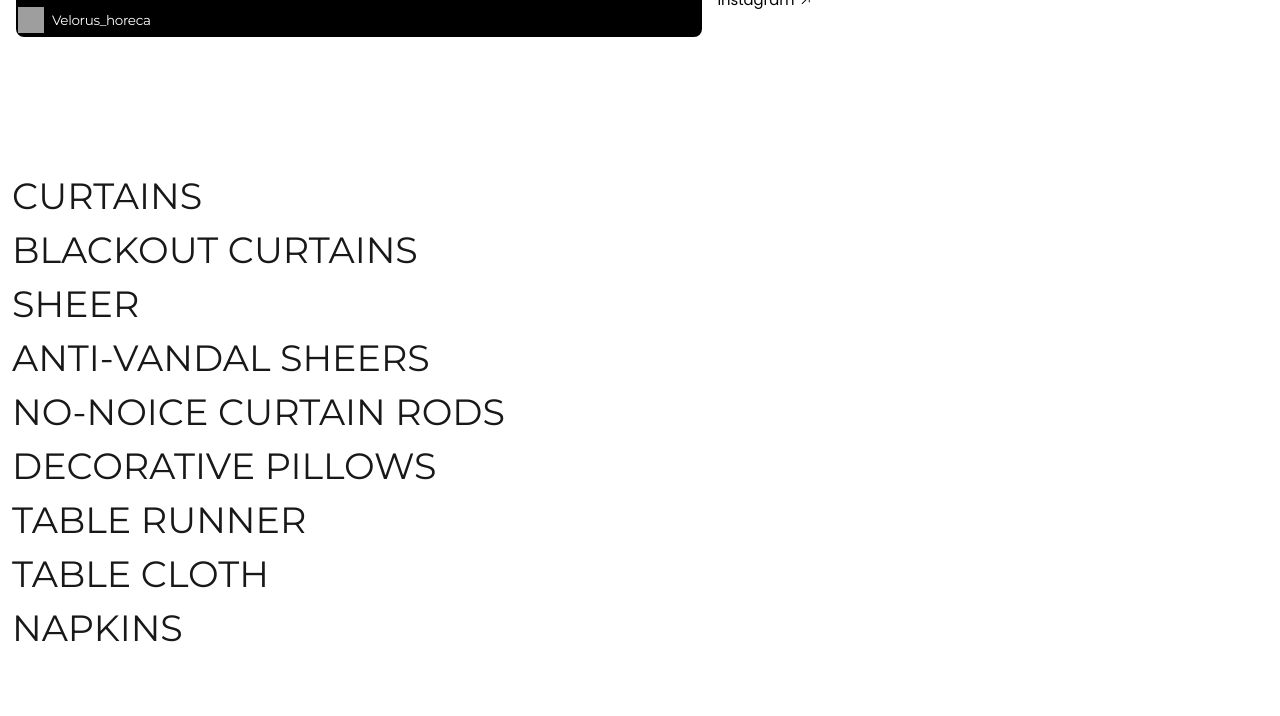
Repository: nikhilsinghrathore1/Shery_02
Page: /
An editor plug-in stored every save of this project. The page is shown before and after the next save, followed by the edit.
The browser window is 1280 px wide. The pictures show the part of the page from y = 4475 to 5191 px (the page is 9789 px tall).
Pictures or frames that could not be fetched are drawn as grey boxes. The project was rebuilt for these pictures with package versions that can differ from the ones it lists, and the page was loaded fresh each time. Also part of the build but not shown: vite.config.js.

Above is the page before, as saved 2024-07-19 02:37:14.

### src/App.jsx
import { useState } from 'react'
import reactLogo from './assets/react.svg'
import viteLogo from '/vite.svg'
import './App.css'
import Landing from './pages/Landing'

function App() {
  const [count, setCount] = useState(0)

  return (
    <>
      <Landing/>
    </>
  )
}

export default App

### src/App.css
@font-face {
  font-family: font1;
  src: url("../public/6624dc4c3f39ffabcd0dc162_Montserrat-VariableFont_wght.ttf");
}
@font-face {
  font-family: font2;
  src: url("../public/CircularXXWeb-Book\ \(1\).ttf");
}
@font-face {
  font-family: font3;
  src: url("../public/JTUQjIg1_i6t8kCHKm459WxRyS7m0dR9pA.ttf");
}
@font-face {
  font-family: font4;
  src: url("../public/JTUSjIg1_i6t8kCHKm459WlhyyTh89Y.ttf");
}
@font-face {
  font-family: font5;
  src: url("../public/pxiEyp8kv8JHgFVrJJfecnFHGPc.ttf");
}

.f1{
  font-family: font1;
}
.f2{
  font-family: font2;
}
.f3{
  font-family: font3;
}
.f4{
  font-family: font4;
}
.f5{
  font-family: font5;
}

### src/pages/Landing.jsx
import React from 'react'
import MoreInsta from '../components/MoreInsta'
import Nav from '../components/Nav'
import SingleHero from '../components/SingleHero'
import VideoCont from '../components/VideoCont'
import LineText from '../components/LineText';
import IncText from '../components/IncText';
import ThirdSection from '../components/ThirdSection';
import MovingImage from '../components/MovingImage'
import Footer from '../components/Footer'
// document that tell how a software is supposed to perform need of software engneering modularity-dividing it into chunks for testing and developing independently integrating the core changes continously and deploying them into production enviroment design pattern for solving matrix problem in software design various templates are provided software as a product to deliver computing potential accross network of hardware vehical for delivering the product encapsulation , abstraction adaptability software alows different system contraints by making changes in the software for customer satisfaction rapid delivary differenece btw/ program - product program is a set of instruction in order to achieve a specific taskk product - set of programs software products is defined as set of programs with proper documentation and license program is smaller is size because it is one of the stage involved in software development software product folows a lifecycle which involves feasibility studying so it is larger in size program can be created by a single user products are developed by a team of many people progam lacks documentation , product is well documented

let Dtext=[["curtains","blackout curtains", "sheer","anti-vandal sheers" ,"no-noice curtain rods" , "decorative pillows","table runner" , "table cloth","napkins"],["curtains","sheers","tablecloths" , "napkins" ,"wooden blinds" ,"sunshades"]]

const Landing = () => {
  return (
    <div className='w-full overflow-hidden'>
               {/* this is the first image gallery part */}
               <div className='w-full h-[400vh] relative '>
               <Nav/>
               <SingleHero img={"https://cdn.prod.website-files.com/6613fb0aff6a7761bf9a817d/66267f01781250e3c4f8ed19_hero-01-p-1080.webp"} text={"hotel"}/>
               <SingleHero img={"https://cdn.prod.website-files.com/6613fb0aff6a7761bf9a817d/66267f00e43626f944ce0076_hero-02-p-1080.webp"} text={"restaurant"}/>
               <SingleHero img={"https://cdn.prod.website-files.com/6613fb0aff6a7761bf9a817d/66267f011d36d94902bbbcd3_hero-03-p-1080.webp"} text={"catering"}/>
               <SingleHero img={"https://cdn.prod.website-files.com/6613fb0aff6a7761bf9a817d/66267f0015a49ebd0cb05e50_hero-04-p-1080.webp"} text={"+automative"}/>
               </div>

               {/* this is the second text wala part  */}

               <div className='w-full  h-[120vh] sm:h-[99vh] px-4 pt-32 sm:pt-24 leading-[42px]'>
                              {/* this is the variable weight text */}
                              <div className='w-full f4 text-[32px] font-semibold text-black uppercase h-fit'>
                                             <p><span className='pl-44'>full</span> responsibility from project to implementation.</p>
                              </div>

                              <div className='f4 text-[13px] sm:text-[14px] md:text-[14.5px] font-semibold mt-10 leading-none'>
                                             <p>More about us</p>
                                             <p className='mt-3 leading-[16px] sm:leading-[18px] sm:text-[13px] md:text-[14px] md:leading-[20px] font-semibold'>The textile production Velours HoReCa was founded in Lviv in 2005. <span className='opacity-60'>Our activity is focused on professionally outfitting the interiors of hotels, restaurants, cafes, and bars with textile products.</span></p>
                              </div>

                              <div className='w-full flex h-[50vh]  mt-12  '>
                                             <div className='w-1/2 h-full flex justify-end pt-3'>
                                                            <VideoCont/>
                                             </div>
                                             <div className='w-1/2 h-full flex flex-col justify-between pl-3 pb-16 sm:pb-28 md:pb-[120px] f5 font-light'>

                                                            <div className='w-full leading-[17px] md:leading-[18px]  text-[13px] md:text-[13.5px]'>
                                                                           <p>With extensive experience in the Horeca sector - 18 years </p>
                                                                           <p className='opacity-70'>[as of 2024]</p>

                                                                           <div className='border-y-[1px] border-black/20 py-1 mt-3'>
                                                                                          <p>We offer both warranty and post-warranty servicing.</p>
                                                                           </div>
                                                            </div>

                                                            <div className='f4 pl-2'>
                                                                           <MoreInsta/>
                                                            </div>



                                             </div>
                              </div>
               </div>

          <ThirdSection/>

                {/* this is the 3d text area */}
                <div className='w-full pt-8 sm:pt-5 md:pt-0 flex h-[100vh] sm:h-[83vh] md:h-[77vh]'>
               <div className='w-[80%]  uppercase leading-none f1 text-[34px] sm:text-[35.5px] md:text-[36.5px] md:leading-[40px] pl-3 opacity-90 tracking  h-full '>

                              {Dtext[0].map((e,i)=>( <h1 key={i} className='mt-[14px]'>{e}</h1>))}

               </div>
         </div>

            {/* this is the automative section */}
            {/*  this is a very big section literaly gand phat gayi or maybe mujhe neend aarahi thi isliye but almost hogaya*/}
            <div className='w-full h-[200vh] sm:h-[160vh] px-4 '>
              {/* this is the video section */}
                      <div className='w-full h-[34vh] overflow-hidden rounded-lg'>
                            <video autoPlay muted loop className='w-full h-full object-cover' src="https://cdn.prod.website-files.com/6613fb0aff6a7761bf9a817d%2F6649e6d401492fd39ce57892_IMG_1559-transcode.webm"></video>
                      </div>
              {/* this is the main text area */}
                      <div className='w-[80%] f1 uppercase text-[28px] sm:text-[30px] leading-[31px] sm:leading-[33px] mt-5'>
                          <h1>automated textile management</h1>
                      </div>

              {/* this is the paragraph area */}
                      <div>
                          <p className='leading-[16px]  mt-8 text-[12px] sm:text-[13px] sm:leading-[17px] f5'>Creating comfort and efficiency: <span className='opacity-60'>automated control of blinds, curtains, and sheers opens up new possibilities for hotels and restaurants striving to create a unique atmosphere for their guests. </span> This technology allows easy control of lighting and privacy, ensuring comfortable conditions throughout the day.</p>
                          <p className='leading-[16px]  mt-6 text-[12px] sm:text-[13px] sm:leading-[17px] f5'><span className='opacity-60'>Programming for efficiency: automated control allows</span> scheduling the opening and closing of textile products according to sleep schedules. <span className='opacity-60'>This ensures optimal energy usage and saves time and effort for staff, allowing them to focus on providing high-quality service to their guests.</span></p>
                      </div>

                      <div className='w-full h-[63vh] relative'>
                        {/* this is the black bg images of remote kinda thingy could be viberator if you have imagination or need  */}
                          <div className='w-[35%] absolute flex items-center justify-center top-10 right-8 sm:right-6 sm:top-8 h-[45%] bg-black rounded-lg'>
                            <img className='w-[90%] h-[90%] object-contain' src="https://cdn.prod.website-files.com/6613fb0aff6a7761bf9a817d/662b5a9bf1e1110165fff749_pult.webp" alt="not showing" />
                          </div>

                          {/* this is the video cont section  */}
                          <div className='w-[52%] h-[85%] absolute top-[215px] left-0'>
                              <VideoCont/>
                          </div>

                          <div className='absolute -bottom-20 sm:-bottom-4 right-[60px] '>
                          <MoreInsta/>
                          </div>
                      </div>
                          <div className='mt-24  h-[50vh] w-full pt-8 sm:pt-0 '>
                                   <LineText text={"Lighting control through blinds"}/>
                                   <LineText text={"Scheduling the opening/closing of curtains"}/>
                                   <LineText text={"Programmed opening of sheers for privacy"}/>
                                   <LineText text={"Data collection on energy consumption"}/>
                                   <LineText text={"Integration with smart home systems"}/>
                          </div>
            </div>



            <IncText/>

            <ThirdSection/>

            <div className='w-full pt-8 sm:pt-0 flex h-[60vh] sm:h-[48vh]'>
               <div className='w-[80%]  uppercase leading-none f1 text-[34px] sm:text-[35.5px] pl-3 opacity-90 tracking  h-full '>

                              {Dtext[1].map((e,i)=>( <h1 key={i} className='mt-[14px]'>{e}</h1>))}

               </div>
         </div>


           <MovingImage/>

           <Footer/>






    </div>
  )
}

export default Landing

### src/components/MoreInsta.jsx
import React from 'react'
import { GoArrowUpRight } from "react-icons/go";

const MoreInsta = () => {
  return (
    <div className=' leading-[16px] md:leading-[18px] text-[13px] md:text-[14.8px] text-black f5 font-light'>
               <p>More in Ours</p>
               <p className='flex items-center gap-1'>instagram <span><GoArrowUpRight/></span></p>
    </div>
  )
}

export default MoreInsta

### src/components/Nav.jsx
import React from 'react'

const Nav = () => {
  return (
    <div className='w-full h-[100vh]  fixed text-white flex flex-col justify-between z-40 top-0'>
        <div className=' flex items-center justify-center pt-7'>

               <div className='flex  flex-col items-center justify-center sm:leading-[22px] md:leading-[25px] leading-[18px]'>
                              <h1 className='text-[24px] sm:text-[30px] md:text-[33px] f1'>Velorus</h1>
                              <h2 className='text-[10px] sm:text-[14px] md:text-[15px] f1 '>HoReCa</h2>
               </div>
        </div>

        {/* this is the menu bar kinda thingy */}
        <div className='w-full h-[10vh]  px-3  '>

          <div className='w-full h-[65%] bg-black rounded-md flex justify-between px-[2px]'>
            <div className='w-[18%] h-full bg-white flex items-center justify-center overflow-hidden rounded-md'>
              <img className='w-[90%] h-[90%] object-cover' src="https://cdn.prod.website-files.com/6613fb0aff6a7761bf9a817d/6624b9bbba2e8daa37ae2e54_download-img-02.webp" alt="not showing" />
            </div>

            <div className='w-[57%] h-full text-[13px] sm:text-[14px] md:text-[15px] text-white leading-[16px] f2 flex items-center justify-center'>
              <p>Download our Brochour on services in the HoReCa industry</p>
            </div>


            <div className='w-[15%] h-full bg-white flex items-center justify-center overflow-hidden rounded-md'>
              <img className='w-[80%] h-[80%] object-cover' src="https://cdn.prod.website-files.com/6613fb0aff6a7761bf9a817d/6624bdfbd80898e1c3060de1_download-icon.webp" alt="not showing" />
            </div>
          </div>





        </div>

    </div>
  )
}

export default Nav

### src/components/SingleHero.jsx
import React from 'react'

const SingleHero = ({img , text}) => {
  return (
    <div className='w-full h-[100vh] relative'>
               <div className='absolute bg-black/10 flex items-center justify-center w-full h-full top-0'>
                              <h1 className='uppercase text-[44px] md:text-[50px] f4 font-bold tracking-wider text-white'>{text}</h1>
               </div>
               <img className='w-full h-full object-cover' src={img} alt="not showing" />
    </div>
  )
}

export default SingleHero

### src/components/VideoCont.jsx
import React from 'react'

const VideoCont = () => {
  return (
    <div className='w-[98%] h-[80%] sm:h-[73%] sm:w-full bg-black rounded-lg pt-[3px] px-[2px] '>
               <div className='w-full h-[87%]  overflow-hidden rounded-lg'>
                              <video autoPlay muted loop className='w-full h-full object-cover' src="https://s3.amazonaws.com/webflow-prod-assets/6613fb0aff6a7761bf9a817d/663bcfe77765a0f1702b036f_insta-3.mp4"></video>
               </div>
               <div className='w-full text-white text-[12px] sm:text-[13.5px] tracking-tight f1 h-[13%] pt-1 flex items-center pb-[2px] gap-2'>
                              <img className='w-[24px] h-[24px] sm:w-[26px] sm:h-[26px] object-cover' src="https://cdn.prod.website-files.com/6613fb0aff6a7761bf9a817d/663bcbd3012e5e6821be914c_logo-horeca.png" alt="not showing" />
                              <p>Velorus_horeca</p>
               </div>
    </div>
  )
}

export default VideoCont

### src/components/LineText.jsx
import React from 'react'

const LineText = ({text}) => {
  return (
               <div className='p-[7px] border-dashed border-b-[1px] text-[13px] sm:text-[13.8px] f1 border-black/30'>
               <p>{text}</p>
               </div>
  )
}

export default LineText

### src/components/IncText.jsx
import React, { useState } from 'react'

const IncText = () => {
               const [num, setnum] = useState(0)
  return (
    <div className='w-full px-1  pt-28 flex h-[80vh] sm:h-[100vh]'>
               <div className='w-[60%] h-full flex items-center justify-center text-[21rem] font-light f1'>{num}</div>

               <div className=' w-[40%] leading-[18px] f1 pt-28 flex flex-col items-start justify-center '>
                              <p className='text-[16px]' >Warranty service</p>
                              <p className='text-[12.5px]' >from 3 years to 6 years</p>
               </div>

    </div>
  )
}

export default IncText

### src/components/ThirdSection.jsx
import React from 'react'
import MoreInsta from './MoreInsta'
import VideoCont from './VideoCont'
import { GoArrowRight } from "react-icons/go";
import { GoArrowLeft } from "react-icons/go";

const ThirdSection = () => {
  return (
               <div className='w-full h-[160vh] sm:h-[145vh] px-4 pt-12'>
               <div className='  text-[30px] md:text-[32px] tracking-tight w-full leading-[35px] md:leading-[37px] f1  '>
                                             <p className='w-[80%] uppercase opacity-90 tracking-tight'>ideal textile for a cozy hotel ambiance</p>

                                             <div className='w-full flex h-[53vh] mt-8'>
                                                            <div className='w-[30%] flex items-end  gap-2 h-full'>
                                                                                          <div className='w-9 h-9 border-black/50 rounded flex items-center text-xl justify-center border-[1px]'><GoArrowLeft/></div>
                                                                                          <div className='w-9 h-9 border-black/50 rounded flex items-center text-xl justify-center border-[1px]'><GoArrowRight/></div>
                                                            </div>
                                                            <div className='w-[79%] h-full rounded-lg overflow-hidden'>
                                                                           <img className='w-full h-full rounded-lg ' src="https://cdn.prod.website-files.com/6613fb0aff6a7761bf9a817d/662a45b943d2e1892a8fff8e_slider-01-04-p-800.webp" alt="not showing" />
                                                            </div>
                                             </div>

                                             <p className='text-[12.5px] leading-[16px] sm:text-[13px] md:text-[14px] sm:leading-[17px] md:leading-[18px] f5 font- tracking-wide mt-10 opacity-90'>Create an atmosphere of comfort and coziness <span className='opacity-50'> in your hotel with our diverse range of high-quality textiles.</span>Our assortment includes curtains, sheers, decorative pillows, bed runners, and much more to meet all your room décor needs.</p>
                              </div>


                              <div className='w-full flex h-[60vh] sm:h-[55vh]  mt-14'>
                                             <div className='w-[55%] h-full '>
                                                            <VideoCont/>
                                             </div>
                                             <div className='w-[45%] h-full pb-20 sm:pb-[135px] pl-3 sm:pl-[15px] flex items-end '>
                                                            <MoreInsta/>
                                             </div>
                              </div>
               </div>
  )
}

export default ThirdSection

### src/components/MovingImage.jsx
import React from 'react'

const MovingImage = () => {
  return (
               <div className='w-full mt-10 px-3 h-[100vh] sm:h-[80vh] border-b-[1px] border-black/40 relative overflow-hidden '>
               <div className='w-[40%] h-[33%] rounded-lg overflow-hidden absolute z-10  top-0 right-3 bg-black'>
                 <img className='w-full h-full object-cover' src="https://cdn.prod.website-files.com/6613fb0aff6a7761bf9a817d/662d1ba1a5fd67fafdc76bf5_works-12.webp" alt="not showing" />
               </div>
               <h1 className='text-[13px] f1 font-light opacity-90 '>They have chosen us</h1>

               <div className='w-full h-[80vh] mt-7 text-[30px] f1 tracking-tighter uppercase leading-[37px]'>
                 <h1>apartel</h1>
                 <h1 className='opacity-60'>bank hotel</h1>
                 <h1 className='opacity-60'>grand hotel</h1>
                 <h1 className='opacity-60'>glibivka family</h1>
                 <h1 className='opacity-60'>rafael hotel</h1>
                 <h1 className='opacity-60'>panaroma hotel</h1>
                 <h1 className='opacity-60'>lh hotel & spa</h1>
                 <h1 className='opacity-60'>status hotel</h1>
                 <h1 className='opacity-60'>bukovel</h1>
                 <h1 className='opacity-60'>swiss hotel</h1>
                 <h1 className='opacity-60'>eurohotel hotel</h1>
                 <h1 className='opacity-60'>svityaz resort</h1>
                 <h1 className='opacity-60'>kyivska rus</h1>
                 <h1 className='opacity-60'>play karpaty</h1>
               </div>


               </div>
  )
}

export default MovingImage

### src/components/Footer.jsx
import React from 'react'
import { GoArrowUp } from "react-icons/go";

const Footer = () => {
  return (
    <div className='w-full h-[100vh]  '>

                              <div className='h-[85%] w-full relative text-center pt-20 sm:pt-32 leading-none tracking-wide uppercase'>
                                          <h1 className='text-[5.1rem] f1'>Horeca</h1>
                                          <h2 className='tracking-[14px] text-[12px] mt-1 font-bold f1'>velorus</h2>

                              </div>
                              <div className='h-[15%] w-full relative px-4'>
                                <div className='w-full h-1/2 text-[14px] border-b-[1px] border-black/30 font-bold flex justify-between items-center f1 tracking-tighter'>
                                  <p>+8005602458</p>
                                  <p className='flex items-center gap-2'>Back to top <GoArrowUp/></p>
                                </div>
                                <div className='w-full h-1/2 text-[13px] f1 opacity-70 flex justify-between items-center '>
                                    <div>
                                      <p>© 2024</p>
                                    </div>
                                    <div>
                                      <p>By Niko<span className='text-red-900 text-[15px]'>C</span>han</p>
                                    </div>
                                </div>
                              </div>
    </div>
  )
}

export default Footer

### tailwind.config.js
/** @type {import('tailwindcss').Config} */
export default {
  content: [
    "./index.html",
    "./src/**/*.{js,ts,jsx,tsx}",
  ],
  theme: {
    screens: {
      'sm': '390px',
      // => @media (min-width: 640px) { ... }

      'md': '410px',
      // => @media (min-width: 768px) { ... }

      'lg': '1024px',
      // => @media (min-width: 1024px) { ... }

      'xl': '1280px',
      // => @media (min-width: 1280px) { ... }

      '2xl': '1536px',
      // => @media (min-width: 1536px) { ... }
    }
  },
  plugins: [],
}

Loaded but not shown: index.html (common file); src/main.jsx (common file); src/index.css (common file)

After the next save:
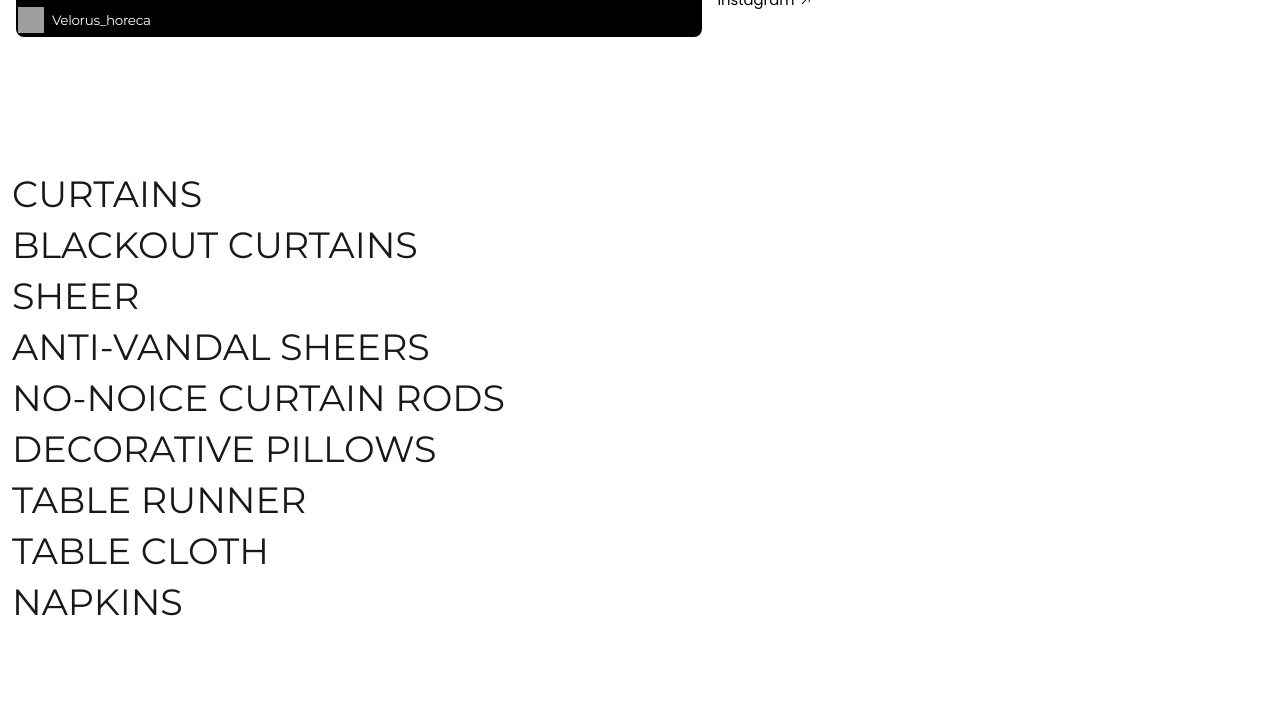
Saved 7 s later.
--- a/src/pages/Landing.jsx
+++ b/src/pages/Landing.jsx
@@ -66,7 +66,7 @@ const Landing = () => {
 
                 {/* this is the 3d text area */}
                 <div className='w-full pt-8 sm:pt-5 md:pt-0 flex h-[100vh] sm:h-[83vh] md:h-[77vh]'>
-               <div className='w-[80%]  uppercase leading-none f1 text-[34px] sm:text-[35.5px] md:text-[36.5px] md:leading-[40px] pl-3 opacity-90 tracking  h-full '>
+               <div className='w-[80%]  uppercase leading-none f1 text-[34px] sm:text-[35.5px] md:text-[36.5px] md:leading-[37px] pl-3 opacity-90 tracking  h-full '>
 
                               {Dtext[0].map((e,i)=>( <h1 key={i} className='mt-[14px]'>{e}</h1>))}
 
